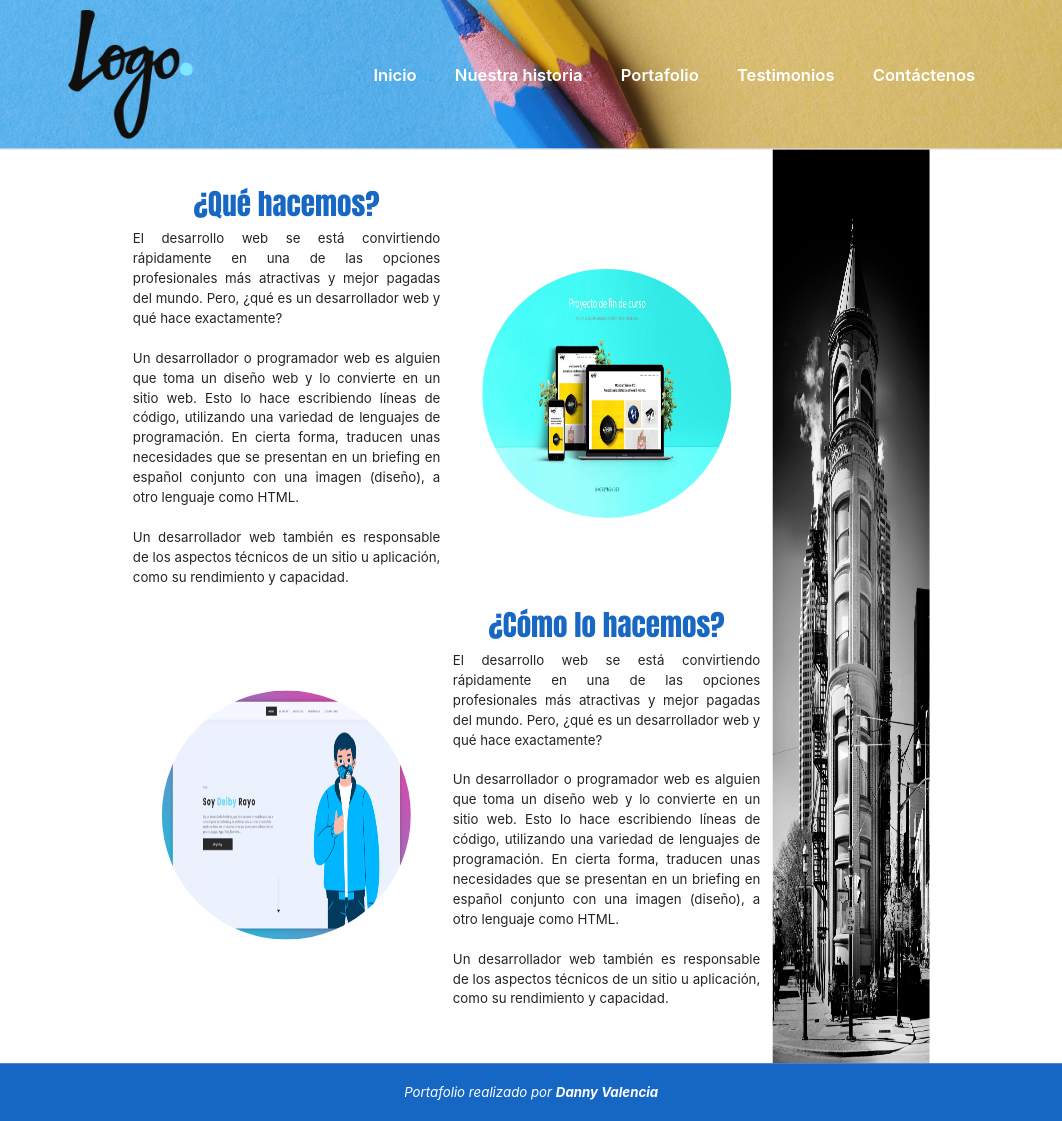
Repository: Dannyval1/Html-portafolio
Page: index.html
These files come from the project's save history. The page is drawn as it stood at one moment and after the next save; the edit follows.
The browser window is 1280 px wide. The pictures show the whole page, at 83% of full size.

Above is the page before, as saved 2022-02-13 18:27:38.

After the next save:
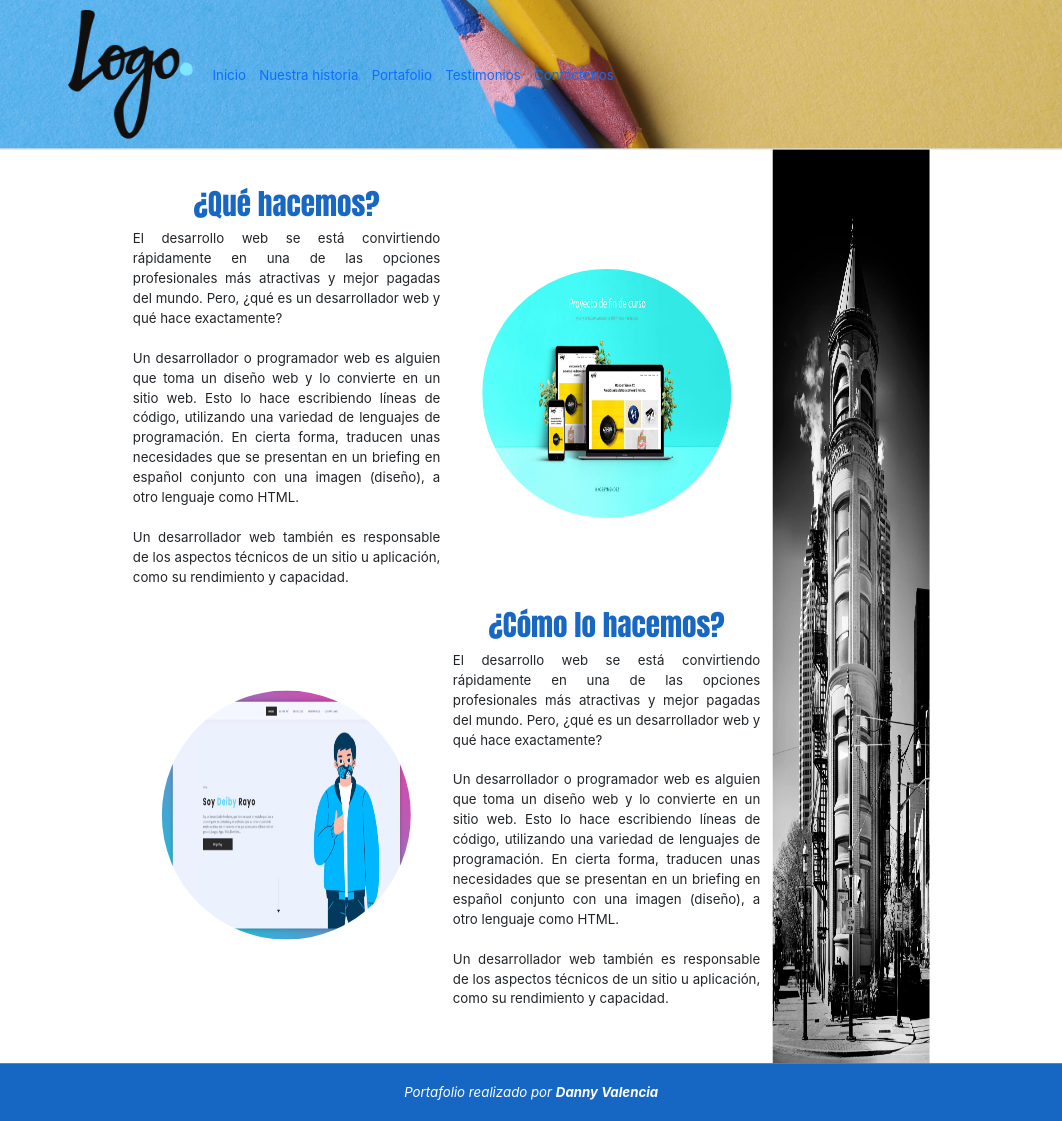
Saved 12 min 7 s later.
--- a/index.html
+++ b/index.html
@@ -32,8 +32,8 @@
         <button class="navbar-toggler" type="button" data-bs-toggle="collapse" data-bs-target="#navbarSupportedContent" aria-controls="navbarSupportedContent" aria-expanded="false" aria-label="Toggle navigation">
           <span class="navbar-toggler-icon"></span>
         </button>
-        <div class="collapse navbar-collapse d-flex justify-content-end main-menu" id="navbarSupportedContent">
-          <ul class="navbar-nav mb-2 mb-lg-0">
+        <div class="collapse navbar-collapse" id="navbarSupportedContent">
+          <ul class="navbar-nav mb-2 mb-lg-0 d-flex justify-content-end main-menu">
             <li class="nav-item">
               <a class="nav-link active" aria-current="page" href="index.html">Inicio</a>
             </li>

After the save that followed:
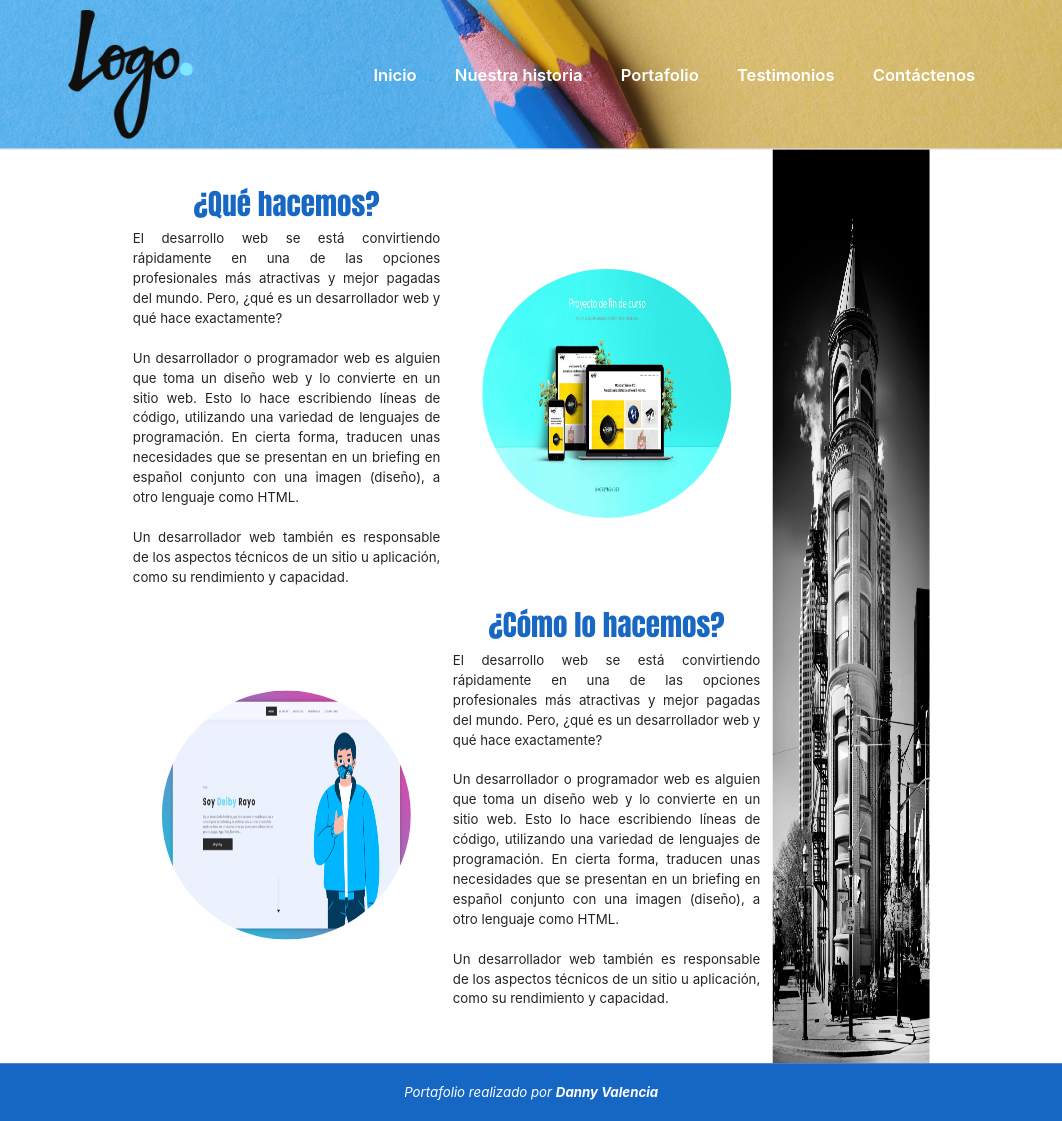
Saved 45 s later.
--- a/index.html
+++ b/index.html
@@ -32,8 +32,8 @@
         <button class="navbar-toggler" type="button" data-bs-toggle="collapse" data-bs-target="#navbarSupportedContent" aria-controls="navbarSupportedContent" aria-expanded="false" aria-label="Toggle navigation">
           <span class="navbar-toggler-icon"></span>
         </button>
-        <div class="collapse navbar-collapse" id="navbarSupportedContent">
-          <ul class="navbar-nav mb-2 mb-lg-0 d-flex justify-content-end main-menu">
+        <div class="collapse navbar-collapse d-flex justify-content-end main-menu" id="navbarSupportedContent">
+          <ul class="navbar-nav mb-2 mb-lg-0">
             <li class="nav-item">
               <a class="nav-link active" aria-current="page" href="index.html">Inicio</a>
             </li>
